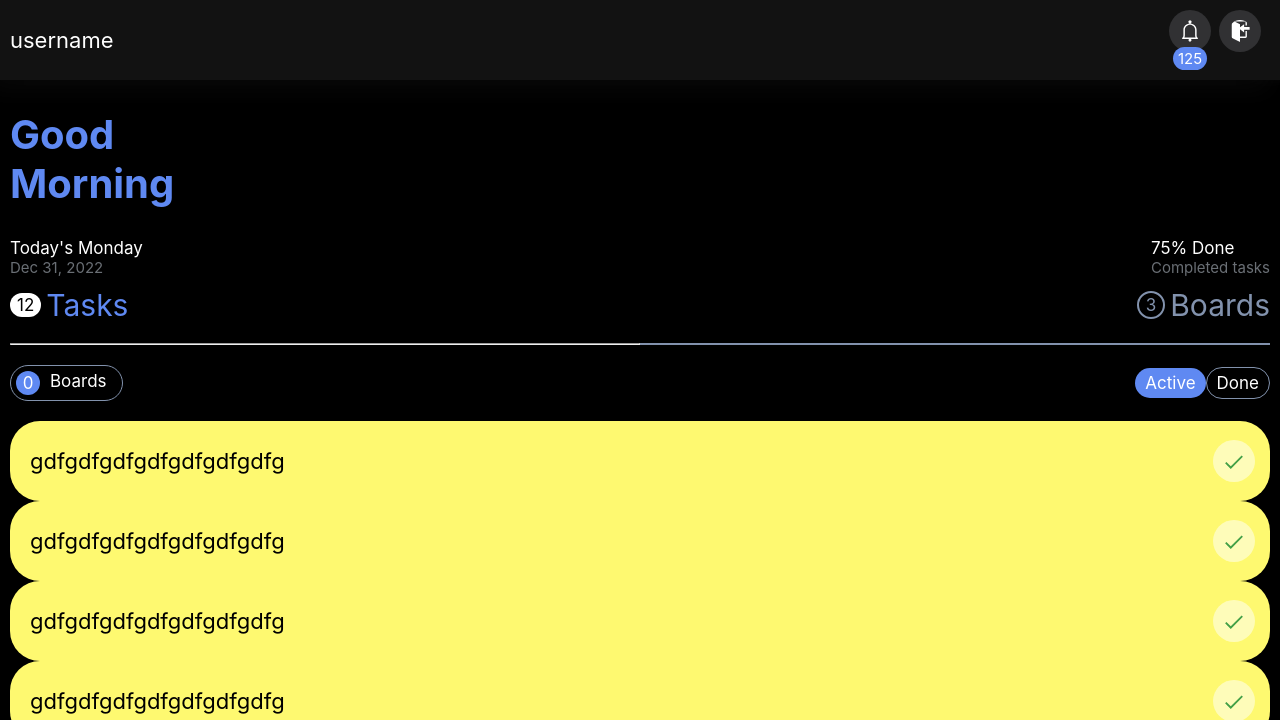
Repository: ShindanoSingi/todo-app
Page: /
The author's editor kept a copy of each file at every save. The page is drawn from the files as they stood at one save, then again after the next save.
The browser window is 1280 px wide. The pictures show the whole page.
The project was rebuilt for these pictures with package versions that can differ from the ones it lists, and the page was loaded fresh each time. Also part of the build but not shown: src/pages/LandingPage.js.

Above is the page before, as saved 2023-01-01 19:14:29.

### src/index.css
* {
  font-size: 22px;
  margin: 0;
  padding: 0;
}

body {
  margin: 0;
  padding: 0;
  font-family: -apple-system, BlinkMacSystemFont, 'Segoe UI', 'Roboto', 'Oxygen',
    'Ubuntu', 'Cantarell', 'Fira Sans', 'Droid Sans', 'Helvetica Neue',
    sans-serif;
  -webkit-font-smoothing: antialiased;
  -moz-osx-font-smoothing: grayscale;
}

code {
  font-family: source-code-pro, Menlo, Monaco, Consolas, 'Courier New',
    monospace;
}

.signin-icon-signin-text-container {
  display: flex;
  align-items: center;
  flex-direction: column;
}

.bell-icon-bell-num-container {
  display: flex;
  flex-direction: column;
  align-items: center;
  margin-left: 20px;
}

.signin-text {
  display: none;
}

.bell-num,
.signin-text {
  font-size: 15px;
}

.bell-num {
  text-align: center;
  color: #fff;
  padding: 2px 5px;
  background-color: #5f89f2;
  border-radius: 50px;
  margin-top: -5px;
}

.bell-icon,
.signin-icon {
  color: white;
  padding: 10px;
  border-radius: 50px;
  background-color: #313133;
}

div.signin-icon-signin-text-container:hover p.signin-text {
  display: block;
}

.bell-icon-signin-container {
  display: grid;
  grid-template-columns: 60px 60px;
}

.username,
.signin-text {
  color: #fff;
}

.nav-bar {
  display: flex;
  align-items: center;
  justify-content: space-between;
  padding: 10px;
  background: #121212;
  box-shadow: -11px 11px 22px #070707, 11px -11px 22px #1d1d1d;
}

h1 {
  position: absolute;
  top: 10%;
  z-index: 1;
}

h2 {
  font-size: 40px;
  color: #5f89f2;
}

.salutation-container {
  margin-top: 30px;
  padding-left: 10px;
}

.day,
.percent,
.small-boards,
.done,
.active {
  font-size: 17px;
  color: #ffffff;
}

.date,
.completed {
  font-size: 15px;
  color: #6a6f75;
}

.day-to-percent-container {
  display: flex;
  justify-content: space-between;
  padding: 10px;
  margin-top: 20px;
}

.tasks-num {
  text-align: center;
  font-size: 17px;
  background: #ffff;
  padding: 2px 7px;
  border-radius: 50px;
  height: 20px;
}

.tasks {
  font-size: 30px;
  font-weight: light;
  color: #5f89f2;
}

.boards-num {
  font-size: 17px;
  color: #8292ad;
  border: 2px solid #8292ad;
  padding: 2px 7px;
  border-radius: 50px;
  height: 20px;
}

.big-boards {
  font-size: 30px;
  font-weight: light;
  color: #8292ad;
}

.tasks-num-tasks-container,
.boards-num-boards-container {
  display: flex;
  align-items: center;
  gap: 5px;
}

.line-tasks {
  width: 50%;
}

.line-boards {
  width: 50%;
  border: 1px solid #8292ad;
}

.line-tasks-ine-boards-container {
  display: flex;
  justify-content: space-between;
  /* margin-top: 10px; */
  padding: 0 10px;
}

.tasks-to-boards-container {
  display: flex;
  justify-content: space-between;
  padding: 0 10px;
}

.num-boards {
  font-size: 17px;
  text-align: center;
  color: #fff;
  background: #5f89f2;
  padding: 2px;
  border-radius: 50px;
  height: 20px;
  width: 20px;
}

.small-boards {
  color: #fff;
}

.num-boards-small-boards-container {
  display: flex;
  gap: 10px;
  border: 1px solid #8292ad;
  padding: 5px;
  border-radius: 50px;
  padding-right: 15px;
}

.active {
  text-align: center;
  background: #5f89f2;
  padding: 0px 10px;
  border-radius: 50px;
  padding: 5px 10px;
}

.done {
  display: flex;
  gap: 10px;
  border: 1px solid #8292ad;
  border-radius: 50px;
  padding: 5px 10px;
}

.active-done-container {
  display: flex;
  align-items: center;
}

.num-boards-to-small-boards-container {
  display: flex;
  justify-content: space-between;
  align-items: center;
  padding: 0 10px;
}

.task-title {
  word-wrap: break-word;
  padding: 5px;
  width: 80%;
}

.check-circle-icon {
  color: white;
  padding: 10px;
  border-radius: 50px;
  /* From https://css.glass */
  background: rgba(255, 255, 255, 0.51);
}

.todo-card {
  margin: 0 10px;
  padding: 15px;
  min-height: 50px;
  border-radius: 30px;
  display: flex;
  align-items: center;
  justify-content: space-between;
}

.main {
  display: flex;
  flex-direction: column;
  /* grid-template-rows: auto; */
  gap: 20px;
}

/* Credit: Cole McCombs; */
.landing-page-wrapper {
  height: 100%;
  display: flex;
  flex-direction: column;
  align-items: center;
  justify-content: center;
}

/* Credit: Cole McCombs; */
.button {
  min-width: 150px;
  min-height: 40px;
  font-family: 'Nunito', sans-serif;
  font-size: 22px;
  text-transform: uppercase;
  letter-spacing: 1.3px;
  font-weight: 700;
  color: #313133;
  background: #37b7ff;
  background: linear-gradient(
    90deg,
    rgb(59, 123, 190) 0%,
    rgb(29, 181, 228) 100%
  );
  border: none;
  border-radius: 1000px;
  box-shadow: 12px 12px 24px rgba(28, 120, 186, 0.64);
  transition: all 0.3s ease-in-out 0s;
  cursor: pointer;
  outline: none;
  position: absolute;
  top: 85%;
  padding: 10px;
}

/* Credit: Cole McCombs; */
button::before {
  content: '';
  border-radius: 1000px;
  min-width: calc(150px + 12px);
  min-height: calc(40px + 12px);
  border: 6px solid #008cff;
  box-shadow: 0 0 60px rgba(25, 150, 233, 0.64);
  position: absolute;
  top: 50%;
  left: 50%;
  transform: translate(-50%, -50%);
  opacity: 0;
  transition: all 0.3s ease-in-out 0s;
}

/* Credit: Cole McCombs; */
.button:hover,
.button:focus {
  color: #bfbfd4;
  transform: translateY(-6px);
}

/* Credit: Cole McCombs; */
button:hover::before,
button:focus::before {
  opacity: 1;
}

/* Credit: Cole McCombs; */
button::after {
  content: '';
  width: 30px;
  height: 30px;
  border-radius: 100%;
  border: 6px solid #0f8bdd;
  position: absolute;
  z-index: -1;
  top: 50%;
  left: 50%;
  transform: translate(-50%, -50%);
  animation: ring 1.5s infinite;
}

/* Credit: Cole McCombs; */
button:hover::after,
button:focus::after {
  animation: none;
  display: none;
}

/* Credit: Cole McCombs; */
@keyframes ring {
  0% {
    width: 20px;
    height: 20px;
    opacity: 1;
  }
  100% {
    width: 150px;
    height: 150px;
    opacity: 0;
  }
}

.landing-page-image {
  position: fixed;
  width: 100%;
  height: 100%;
}

.landing-page-image {
  -webkit-animation: anim 8s infinite linear;
  animation: anim 8s infinite linear;
}

@-webkit-keyframes anim {
  from {
    -webkit-transform: rotateY(0deg);
  }
  to {
    -webkit-transform: rotateY(90deg);
  }
}

@keyframes anim {
  from {
    transform: rotateY(90deg);
  }
  to {
    transform: rotateY(0deg);
  }
}

.container {
  height: 100%;
  width: 100%;
  position: fixed;
  background-color: #000000;
}

### src/App.js
import Todos from './pages/Todos'

import LandingPage from './pages/LandingPage'

function App() {
  return (
    <div className="">
      {/* <LandingPage /> */}
      <Todos />
    </div>
  )
}

export default App

### src/pages/Todos.js
import React from 'react'
import checkbox from '../assests/check.svg'
import { RxBell } from 'react-icons/rx'
import { GoSignIn } from 'react-icons/go'
import { FcCheckmark } from 'react-icons/fc'

function Todos() {
    let color = "#FEF970"
    return (
        <div className='container'>
            <div className='todos-wrapper'>
                <nav className='nav-bar'>
                    <p className='username'>username</p>
                    <div className='bell-icon-signin-container'>
                        <div className='bell-icon-bell-num-container'>
                            <RxBell className='bell-icon' />
                            <p className='bell-num'>125</p>
                        </div>
                        <div className='signin-icon-signin-text-container'>
                            <GoSignIn className='signin-icon' />
                            <p className='signin-text'>Sign In</p>
                        </div>

                    </div>
                </nav>
                <div className='salutation-container'>
                    <h2 className='good-text'>Good</h2>
                    <h2 className='morning-text'>Morning</h2>
                </div>

                <div className='day-to-percent-container'>
                    <div className='day-date-container'>
                        <p className='day'>Today's Monday</p>
                        <p className='date'>Dec 31, 2022</p>
                    </div>
                    <div className='percent-completed-container'>
                        <p className='percent'>75% Done</p>
                        <p className='completed'>Completed tasks</p>
                    </div>
                </div>
                <main className='main'>
                    <div className='tasks-to-boards-container'>
                        <div className='tasks-num-tasks-container'>
                            <p className='tasks-num'>12</p>
                            <p className='tasks'>Tasks</p>
                        </div>
                        <div className='boards-num-boards-container'>
                            <p className='boards-num'>3</p>
                            <p className='big-boards'>Boards</p>
                        </div>
                    </div>
                    <div className='line-tasks-ine-boards-container'>
                        <hr className='line-tasks' />
                        <hr className='line-boards' />
                    </div>

                    <div className='num-boards-to-small-boards-container'>
                        <div className='num-boards-small-boards-container'>
                            <p className='num-boards'>0</p>
                            <p className='small-boards'>Boards</p>
                        </div>
                        <div className='active-done-container'>
                            <p className='active'>Active</p>
                            <p className='done'>Done</p>
                        </div>
                    </div>
                    <div className='todos-container'>
                        <div className='todo-card' style={{ backgroundColor: color }}>
                            <p className='task-title'>gdfgdfgdfgdfgdfgdfgdfg</p>
                            < FcCheckmark className='check-circle-icon' />
                        </div>
                        <div className='todo-card' style={{ backgroundColor: color }}>
                            <p className='task-title'>gdfgdfgdfgdfgdfgdfgdfg</p>
                            < FcCheckmark className='check-circle-icon' />
                        </div>
                        <div className='todo-card' style={{ backgroundColor: color }}>
                            <p className='task-title'>gdfgdfgdfgdfgdfgdfgdfg</p>
                            < FcCheckmark className='check-circle-icon' />
                        </div>
                        <div className='todo-card' style={{ backgroundColor: color }}>
                            <p className='task-title'>gdfgdfgdfgdfgdfgdfgdfg</p>
                            < FcCheckmark className='check-circle-icon' />
                        </div>
                        <div className='todo-card' style={{ backgroundColor: color }}>
                            <p className='task-title'>gdfgdfgdfgdfgdfgdfgdfg</p>
                            < FcCheckmark className='check-circle-icon' />
                        </div>
                        <div className='todo-card' style={{ backgroundColor: color }}>
                            <p className='task-title'>gdfgdfgdfgdfgdfgdfgdfg</p>
                            < FcCheckmark className='check-circle-icon' />
                        </div>
                        <div className='todo-card' style={{ backgroundColor: color }}>
                            <p className='task-title'>gdfgdfgdfgdfgdfgdfgdfg</p>
                            < FcCheckmark className='check-circle-icon' />
                        </div>
                        <div className='todo-card' style={{ backgroundColor: color }}>
                            <p className='task-title'>gdfgdfgdfgdfgdfgdfgdfg</p>
                            < FcCheckmark className='check-circle-icon' />
                        </div>
                        <div className='todo-card' style={{ backgroundColor: color }}>
                            <p className='task-title'>gdfgdfgdfgdfgdfgdfgdfg</p>
                            < FcCheckmark className='check-circle-icon' />
                        </div>
                        <div className='todo-card' style={{ backgroundColor: color }}>
                            <p className='task-title'>gdfgdfgdfgdfgdfgdfgdfg</p>
                            < FcCheckmark className='check-circle-icon' />
                        </div>
                        <div className='todo-card' style={{ backgroundColor: color }}>
                            <p className='task-title'>gdfgdfgdfgdfgdfgdfgdfg</p>
                            < FcCheckmark className='check-circle-icon' />
                        </div>
                        <div className='todo-card' style={{ backgroundColor: color }}>
                            <p className='task-title'>gdfgdfgdfgdfgdfgdfgdfg</p>
                            < FcCheckmark className='check-circle-icon' />
                        </div>
                        <div className='todo-card' style={{ backgroundColor: color }}>
                            <p className='task-title'>gdfgdfgdfgdfgdfgdfgdfg</p>
                            < FcCheckmark className='check-circle-icon' />
                        </div>
                        <div className='todo-card' style={{ backgroundColor: color }}>
                            <p className='task-title'>gdfgdfgdfgdfgdfgdfgdfg</p>
                            < FcCheckmark className='check-circle-icon' />
                        </div>
                        <div className='todo-card' style={{ backgroundColor: color }}>
                            <p className='task-title'>gdfgdfgdfgdfgdfgdfgdfg</p>
                            < FcCheckmark className='check-circle-icon' />
                        </div>
                        <div className='todo-card' style={{ backgroundColor: color }}>
                            <p className='task-title'>gdfgdfgdfgdfgdfgdfgdfg</p>
                            < FcCheckmark className='check-circle-icon' />
                        </div>
                        <div className='todo-card' style={{ backgroundColor: color }}>
                            <p className='task-title'>gdfgdfgdfgdfgdfgdfgdfg</p>
                            < FcCheckmark className='check-circle-icon' />
                        </div>
                        <div className='todo-card' style={{ backgroundColor: color }}>
                            <p className='task-title'>gdfgdfgdfgdfgdfgdfgdfg</p>
                            < FcCheckmark className='check-circle-icon' />
                        </div>
                        <div className='todo-card' style={{ backgroundColor: color }}>
                            <p className='task-title'>gdfgdfgdfgdfgdfgdfgdfg</p>
                            < FcCheckmark className='check-circle-icon' />
                        </div>
                        <div className='todo-card' style={{ backgroundColor: color }}>
                            <p className='task-title'>gdfgdfgdfgdfgdfgdfgdfg</p>
                            < FcCheckmark className='check-circle-icon' />
                        </div>
                        <div className='todo-card' style={{ backgroundColor: color }}>
                            <p className='task-title'>gdfgdfgdfgdfgdfgdfgdfg</p>
                            < FcCheckmark className='check-circle-icon' />
                        </div>
                        <div className='todo-card' style={{ backgroundColor: color }}>
                            <p className='task-title'>gdfgdfgdfgdfgdfgdfgdfg</p>
                            < FcCheckmark className='check-circle-icon' />
                        </div>

                    </div>

                </main>
            </div>
        </div>
    )
}

export default Todos

Loaded but not shown: public/index.html (common file); src/index.js (common file); src/reportWebVitals.js (common file)

After the next save:
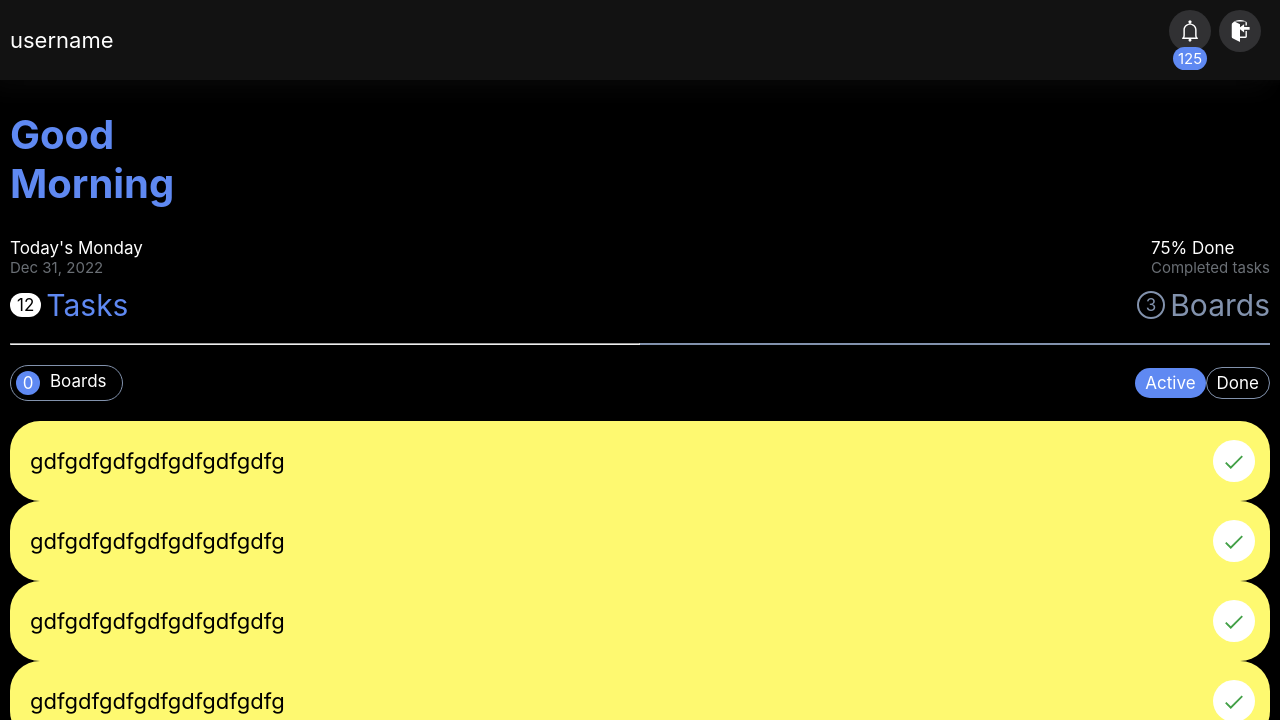
Saved 10 s later.
--- a/src/index.css
+++ b/src/index.css
@@ -241,7 +241,7 @@ h2 {
   padding: 10px;
   border-radius: 50px;
   /* From https://css.glass */
-  background: rgba(255, 255, 255, 0.51);
+  background: rgba(255, 255, 255, 1);
 }
 
 .todo-card {
